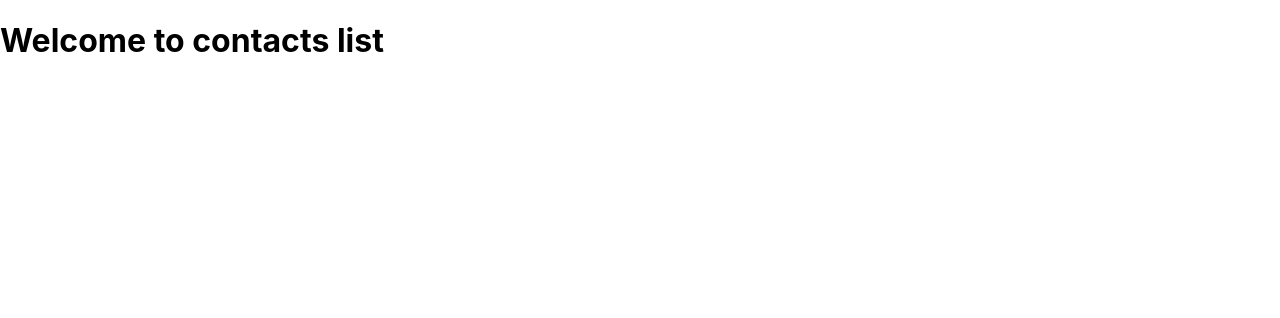
Repository: emorilebo/next-linkedin-training
Page: /contact
An editor plug-in stored every save of this project. The page is shown before and after a run of saves, followed by the edit.
The browser window is 1280 px wide. The pictures show the whole page.
The project was rebuilt for these pictures with package versions that can differ from the ones it lists, and the page was loaded fresh each time. The framework's server and built-in components were replaced by stand-ins that run in the browser. Also part of the build but not shown: next.config.js.

Above is the page before, as saved 2022-12-26 07:52:11.

### pages/contact/index.js
import Link from "next/link";
import React from "react";
import contacts from "../api/contacts";

export default function ContactsList() {

  return <div>
    <h1>Welcome to contacts list</h1>
    <div>{contacts.map(contact =>(
        <Link href="/">

        </Link>
    ))}</div>
  </div>;
}

### pages/api/contacts.js
export default [
    {
        id: 'alfreds-futterkiste',
        name:'Alfreds Futterkiste',
        country: 'Germany'
    },
    {
        id: 'francisco-chang',
        name:'Francisco Chang',
        country: 'Mexico'
    },
    {
        id: 'ernst-handel',
        name:'Ernst Handel',
        country: 'Austria'
    },
    {
        id: 'helen-bennett',
        name:'Helen Bennett',
        country: 'UK'
    },
    {
        id: 'yoshi-tannamuri',
        name:'Yoshi Tannamuri',
        country: 'Canada'
    },
    {
        id: 'giovanni-rovelli',
        name:'Giovanni Rovelli',
        country: 'Italy'
    }
]

Loaded but not shown: pages/_app.js (common file); styles/globals.css (common file)

After the next 3 saves:
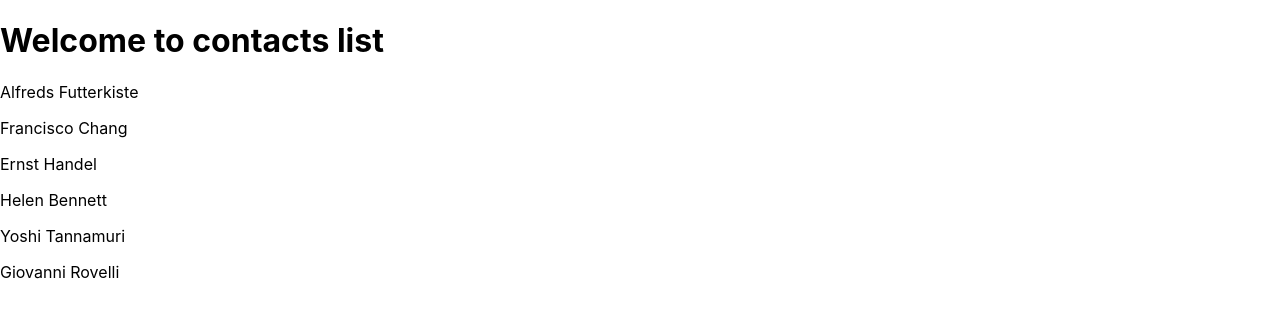
The 3 saves are shown as one change because they came seconds apart.
The last was saved 9 s later.
--- a/pages/contact/index.js
+++ b/pages/contact/index.js
@@ -8,7 +8,7 @@ export default function ContactsList() {
     <h1>Welcome to contacts list</h1>
     <div>{contacts.map(contact =>(
         <Link href="/">
-
+            <p>{contact.name}</p>
         </Link>
     ))}</div>
   </div>;
